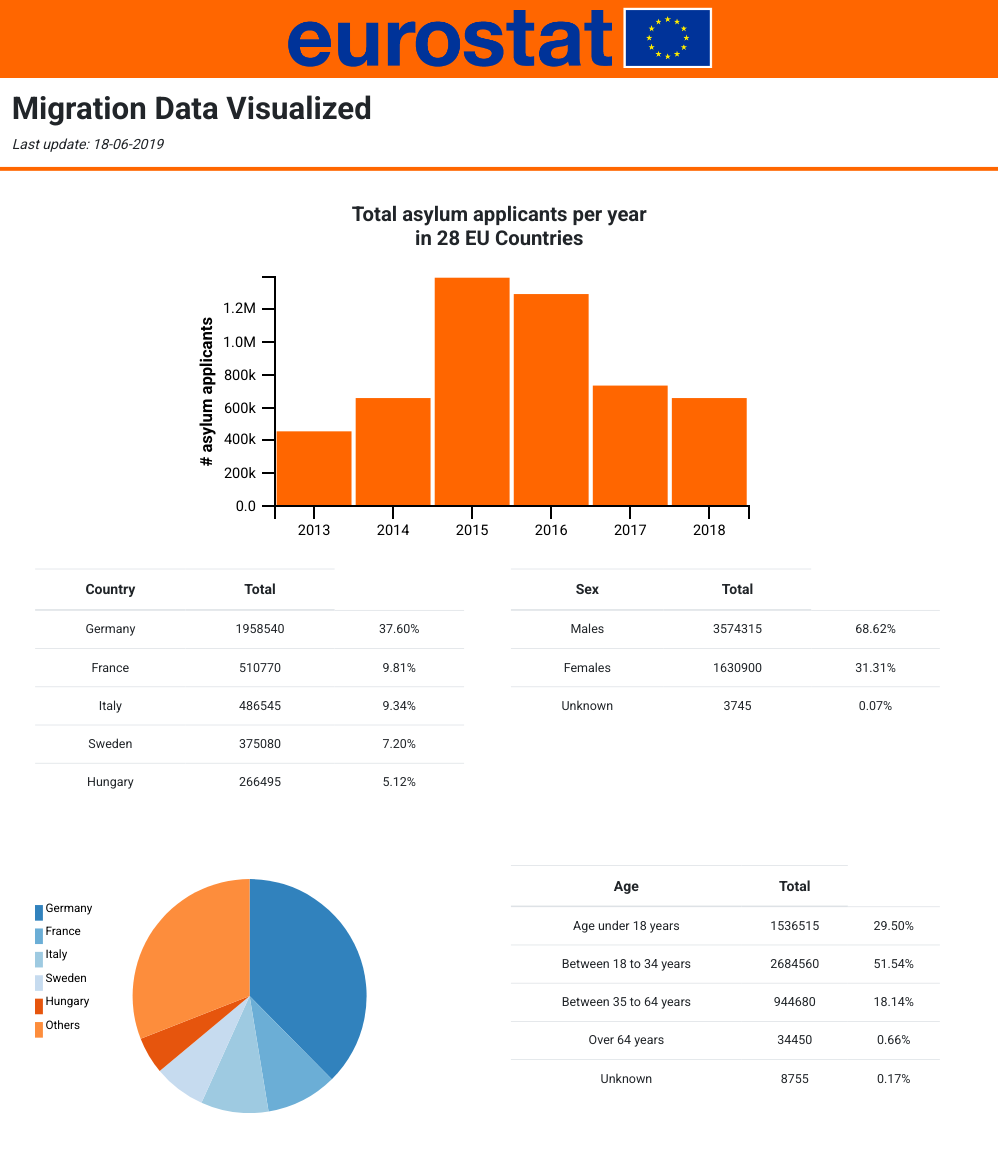
Repository: rory81/eurostat-migration-db
Page: index.html
The author's editor kept a record of every edit. The page is drawn from the files as they stood at one moment, then again after the next edit.
The browser window is 1280 px wide. The pictures show the whole page, at 78% of full size.
Some web libraries are served in a nearby version.

Above is the page before.

### index.html
<!DOCTYPE html>
<html>

<head>
    <meta charset="UTF-8">
    <meta name="viewport" content="width=device-width, initial-scale=1.0">
    <meta http-equiv="X-UA-Compatible" content="ie=edge">
    <link rel="stylesheet" href="https://stackpath.bootstrapcdn.com/bootstrap/4.3.1/css/bootstrap.min.css" integrity="sha384-ggOyR0iXCbMQv3Xipma34MD+dH/1fQ784/j6cY/iJTQUOhcWr7x9JvoRxT2MZw1T" crossorigin="anonymous">
    <link rel="stylesheet" href="https://use.fontawesome.com/releases/v5.8.1/css/all.css" integrity="sha384-50oBUHEmvpQ+1lW4y57PTFmhCaXp0ML5d60M1M7uH2+nqUivzIebhndOJK28anvf" crossorigin="anonymous">
    <link rel="stylesheet" href="assets/css/dc.min.css" type="text/css" />
    <link rel="stylesheet" href="assets/css/style.css" type="text/css" />

    <title>Eurostat Migration Data </title>
</head>

<body>
    <header>
        <div class="col-12 logo no-gutters container-fluid text-center">
            <img src="assets/images/eurostat logo3.png"></img>
        </div>
        <div class="col-12 title container-fluid">
            <h1>Migration Data Visualized</h1>
            <p>Last update: 18-06-2019</p>
        </div>
    </header>
    <div class="col-12 no-gutters container-fluid text-center totalGraph">
        <h3>Total asylum applicants per year <br>in 28 EU Countries</h3>
        <div id="total_asylum_applications_per_year" class="center-graphs"></div>
    </div>
    <div class="col-12 no-gutters container-fluid">
        <div class="row no gutters container-fluid">
            <div class="col-md-6 col-sm-12 text-center">
                <!--<h3>Top 5 Countries</h3>-->
                <div class="col-12 no-gutters container-fluid countryTable mx-auto">
                    <table class='table' id='top-5'>
                        <thead>
                            <tr class='header'>
                                <th>Country</th>
                                <th>Total</th>
                            </tr>
                        </thead>
                    </table>
                </div>
                <div id="top-5-pie" class="col-12 no-gutters container-fluid countryPie"></div>
            </div>
            <div class="col-md-6 col-sm-12 text-center">
                <!--<h3>Sex</h3>-->
                <div class="col-12 no-gutters container-fluid sexTable mx-auto">
                    <table class='table' id="sexTable">
                        <thead>
                            <tr class='header'>
                                <th>Sex</th>
                                <th>Total</th>
                            </tr>
                        </thead>
                    </table>
                </div>
                <!--<h3>Age</h3>-->
                <div class="col-12 no-gutters container-fluid mx-auto">
                    <table class='table' id="ageTable">
                        <thead>
                            <tr class='header'>
                                <th>Age</th>
                                <th>Total</th>
                            </tr>
                        </thead>
                    </table>
                </div>

            </div>
        </div>
    </div>

    <script src="https://code.jquery.com/jquery-3.3.1.slim.min.js" integrity="sha384-q8i/X+965DzO0rT7abK41JStQIAqVgRVzpbzo5smXKp4YfRvH+8abtTE1Pi6jizo" crossorigin="anonymous"></script>
    <script src="https://cdnjs.cloudflare.com/ajax/libs/popper.js/1.14.7/umd/popper.min.js" integrity="sha384-UO2eT0CpHqdSJQ6hJty5KVphtPhzWj9WO1clHTMGa3JDZwrnQq4sF86dIHNDz0W1" crossorigin="anonymous"></script>
    <script src="https://stackpath.bootstrapcdn.com/bootstrap/4.3.1/js/bootstrap.min.js" integrity="sha384-JjSmVgyd0p3pXB1rRibZUAYoIIy6OrQ6VrjIEaFf/nJGzIxFDsf4x0xIM+B07jRM" crossorigin="anonymous"></script>

    <script type="text/javascript" src="assets/js/d3.min.js"></script>
    <script type="text/javascript" src="assets/js/crossfilter.min.js"></script>
    <script type="text/javascript" src="assets/js/dc.min.js"></script>
    <script type="text/javascript" src="assets/js/queue.min.js"></script>
    <script type="text/javascript" src="assets/js/main.js"></script>
</body>

</html>

### assets/css/style.css
/*Fonts*/

@import url('https://fonts.googleapis.com/css?family=Roboto:100,200,300,400,500,600,700|Exo:100,200,300,400,500,600,700|Assistant:100,200,300,400,500,600,700');

/*reset standard padding and margin*/

body {
    margin: 0;
    padding: 0;
}


/*HEADER*/

.logo {
    background-color: #FF6600;
    height: 50px;
}

.logo img {
    max-width: auto;
    height: 100%;
    padding: 10px 0px;
}

.title {
    font-family: "Roboto", sans-serif;
    padding-top: 15px;
    border-bottom: solid 5px #FF6600;
}

.title h1 {
    font-weight: bold;
    font-size: 25px;
}

.title p {
    font-size: 12px;
    font-style: italic;
}

/*GENERAL STYLING*/

h3 {
    margin-top: 10px;
    font-size: 12px;
    font-weight: bold;
    font-family: "Roboto", sans-serif;
}


/*TOTAL_ASYLUM_APPL_GRAPH*/

.center-graphs.dc-chart {
    display: block;
    margin: 0 auto;
    float: none;
}

.y-axis-label {
    font-family: "Roboto", sans-serif;
    font-weight: bold;
    font-size: 8px;
}


.dc-chart .axis text {
    font: 7px "Roboto";
}


.totalGraph {

    margin-bottom: 20px;
    background-color: white;

}

.countryTable,
.countryPie,
.sexTable {
    margin-bottom: 50px;
}

.countryPie text {
    font-family: "Roboto", sans-serif;
    font-size: 11px;
}

.btn-primary {
    background-color: #003399;
}

.btn {
    font-size: 14px;
}

/*DATA_TABLES*/

th {
    font-size: 12px;
    font-weight: bold;
    font-family: "Roboto", sans-serif;
}

td {
    font-size: 10px;
    font-family: "Roboto", sans-serif;
}



@media (min-width:576px) {
    HEADER .logo {
        height: 100px;

    }
    .title h1 {
        font-size: 40px;
    }
    .title p {
        font-size: 18px;
    }



    @media (min-width:720px) {
        /*TOTAL_ASYLUM_APPL_GRAPH*/
        h3 {
            margin-top: 40px;
            font-size: 18px;
        }

        /*DATA_TABLES*/
        th {
            font-size: 18px;
        }

        td {
            font-size: 16px;
        }


        .countryTable {
            margin-bottom: 100px;
        }
        .sexTable {
            margin-bottom: 180px;
        }
        .totalGraph {
            margin-bottom: 0px;
        }

        .countryPie svg {
            height: 200px;
        }

        .countryPie text {
            font-size: 12px;
        }
    }



    @media (min-width:1024px) {
        /*TOTAL_ASYLUM_APPL_GRAPH*/
        h3 {
            font-size: 26px;
        }

        .totalGraph svg {
            width: 100%;
            height: 400px;
        }

        .countryPie text {
            font-size: 9px;
        }

        .countryPie svg {
            height: 300px;
        }

    }

    /*@media (min-width:1100px) {*/

    /*    .countryPie svg {*/
    /*        height: 350px;*/
    /*    }*/

    /*}*/

### assets/js/main.js
/*LOADING THE DATA*/
queue()
    .defer(d3.csv, "assets/data/migrationData.csv")
    .await(makeGraphs);

/*function to call on the functions for the tables and charts and apply crossfilter on them*/
function makeGraphs(error, migrData) {

    var ndx = crossfilter(migrData);

    /*Data cleaning*/
    migrData.forEach(function(d) {

        d.Value = d.Value.replace(/,/g, "");
        d.Value = +d.Value; //coerce to number

        d.AGE = d.AGE.replace(/From /g, "Between ");
        d.AGE = d.AGE.replace(/Less than /g, "Age under ");
        d.AGE = d.AGE.replace(/Unknown/g, " Unknown");
        d.AGE = d.AGE.replace(/65 years or over/g, "Over 64 years");

    });


    show_barChart(ndx);
    show_country_table(ndx);
    show_country_pie(ndx);
    show_sex_table(ndx);
    show_age_table(ndx);

    dc.renderAll();

}
/*Function to make the bar Chart with the total asylum applicants per year in 28 member states*/
function show_barChart(ndx) {
    var dim = ndx.dimension(dc.pluck("TIME"));
    var sumApplications = dim.group().reduceSum(dc.pluck("Value"));

    // Total per year according to pivot used to check the numbers after making (big) changes
    // 2013	457630
    // 2014	663250
    // 2015	1394210
    // 2016	1293210
    // 2017	735410
    // 2018	665250

    dc.barChart("#total_asylum_applications_per_year")
        .width(300)
        .height(150)
        .useViewBoxResizing(true)
        .margins({ top: 10, right: 30, bottom: 30, left: 30 })
        .dimension(dim)
        .group(sumApplications)
        .transitionDuration(500)
        .x(d3.scale.ordinal())
        .xUnits(dc.units.ordinal)
        .ordinalColors(["#FF6600"])
        .yAxisLabel("# asylum applicants")
        .yAxis().ticks(5).tickFormat(d3.format(".2s"));
}

/*Function to make the top-5 Country Table*/
function show_country_table(ndx) {
    var dataTable = dc.dataTable("#top-5");
    var countryDim = ndx.dimension(function(d) { return d.GEO; });

    var valGrpdDim = countryDim.group().reduce(

        function(p, v) {

            ++p.number;

            p.total += +v.Value;

            return p;

        },

        function(p, v) {

            --p.number;

            p.total -= +v.Value;

            return p;

        },

        function() {

            return { number: 0, total: 0 };

        });

    valGrpdDim.order(v => v.total);

    dataTable.width(800).height(800)

        .dimension(valGrpdDim)
        .group(function(d) { return "Country | Value"; })
        .showGroups(false)
        .size(5)
        .columns([function(d) { return d.key; }, function(d) { return d.value.total; }, function(d) { return ((d.value.total / (ndx.groupAll().reduceSum(dc.pluck("Value")).value())) * 100).toFixed(2) + "%"; }])
        .sortBy(function(d) { return d.value.total; })
        .order(d3.descending);
}

/*Function to make the top-5 Country Chart*/
function show_country_pie(ndx) {
    var dim = ndx.dimension(dc.pluck("GEO"));
    var top5CountryPie = dim.group().reduceSum(dc.pluck("Value"));

    dc.pieChart("#top-5-pie")
        .width(330)
        .height(180)
        .radius(90)
        .useViewBoxResizing(true)
        .dimension(dim)
        .group(top5CountryPie)
        .transitionDuration(1500)
        .cap(5)
        .legend(dc.legend().x(-6).y(20).gap(6))
        .renderLabel(false);
}

/*Function to make the Sex Table*/
function show_sex_table(ndx) {
    var dataTable = dc.dataTable("#sexTable");
    var sexDim = ndx.dimension(function(d) { return d.SEX; });

    var valGrpdDim = sexDim.group().reduce(

        function(p, v) {

            ++p.number;

            p.total += +v.Value;

            return p;

        },

        function(p, v) {

            --p.number;

            p.total -= +v.Value;

            return p;

        },

        function() {

            return { number: 0, total: 0 };

        });

    valGrpdDim.order(v => v.total);

    dataTable.width(800).height(800)

        .dimension(valGrpdDim)
        .group(function(d) { return "Sex | Value"; })
        .showGroups(false)
        .size(5)
        .columns([function(d) { return d.key; }, function(d) { return d.value.total; }, function(d) { return ((d.value.total / (ndx.groupAll().reduceSum(dc.pluck("Value")).value())) * 100).toFixed(2) + "%"; }])
        .sortBy(function(d) { return d.value.total; })
        .order(d3.descending);
}

/*Function to make the Age Table*/
function show_age_table(ndx) {
    var dataTable = dc.dataTable("#ageTable");
    var ageDim = ndx.dimension(function(d) { return d.AGE; });

    var valGrpdDim = ageDim.group().reduce(

        function(p, v) {

            ++p.number;

            p.total += +v.Value;

            return p;

        },

        function(p, v) {

            --p.number;

            p.total -= +v.Value;

            return p;

        },

        function() {

            return { number: 0, total: 0 };

        });

    dataTable.width(800).height(800)

        .dimension(valGrpdDim)
        .group(function(d) { return "Age | Value"; })
        .showGroups(false)
        .size(5)
        .columns([function(d) { return d.key; }, function(d) { return d.value.total; }, function(d) { return ((d.value.total / (ndx.groupAll().reduceSum(dc.pluck("Value")).value())) * 100).toFixed(2) + "%"; }])
        .sortBy(function(d) { return d.age; })
        .order(d3.descending);
}

Loaded but not shown: assets/css/dc.min.css (library); assets/js/d3.min.js (library); assets/js/crossfilter.min.js (library); assets/js/dc.min.js (library); assets/js/queue.min.js (common file)

After the next edit:
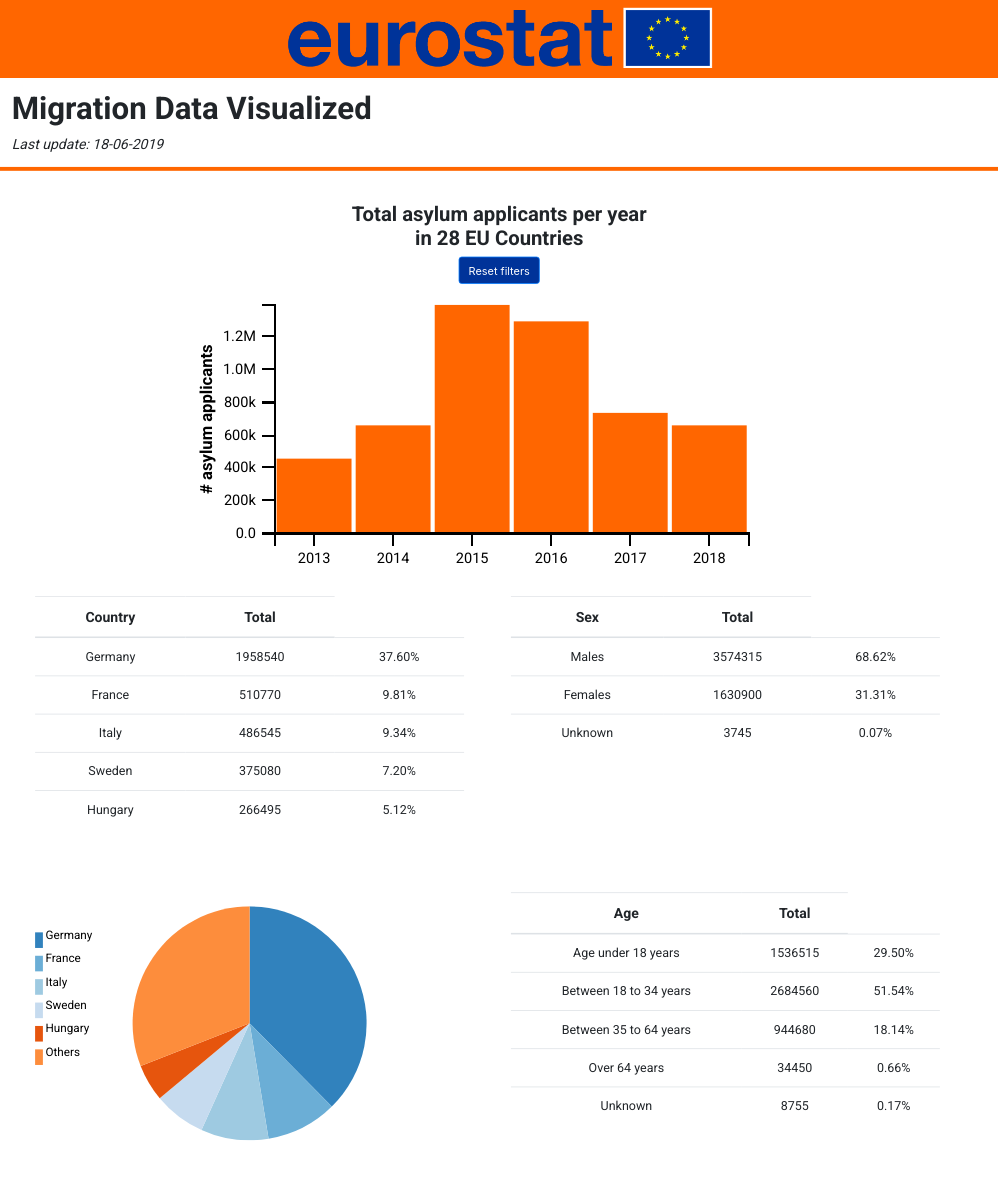
The edit:
--- a/index.html
+++ b/index.html
@@ -23,8 +23,10 @@
             <p>Last update: 18-06-2019</p>
         </div>
     </header>
-    <div class="col-12 no-gutters container-fluid text-center totalGraph">
+    <div class="col-12 no-gutters container-fluid text-center totalGraph sticky-top">
         <h3>Total asylum applicants per year <br>in 28 EU Countries</h3>
+        <a class="btn btn-primary" href="javascript:dc.filterAll(); dc.renderAll();" role="button">Reset filters</a>
+        <!--<button type="button" class="btn btn-primary">Reset filters</button>-->
         <div id="total_asylum_applications_per_year" class="center-graphs"></div>
     </div>
     <div class="col-12 no-gutters container-fluid">
